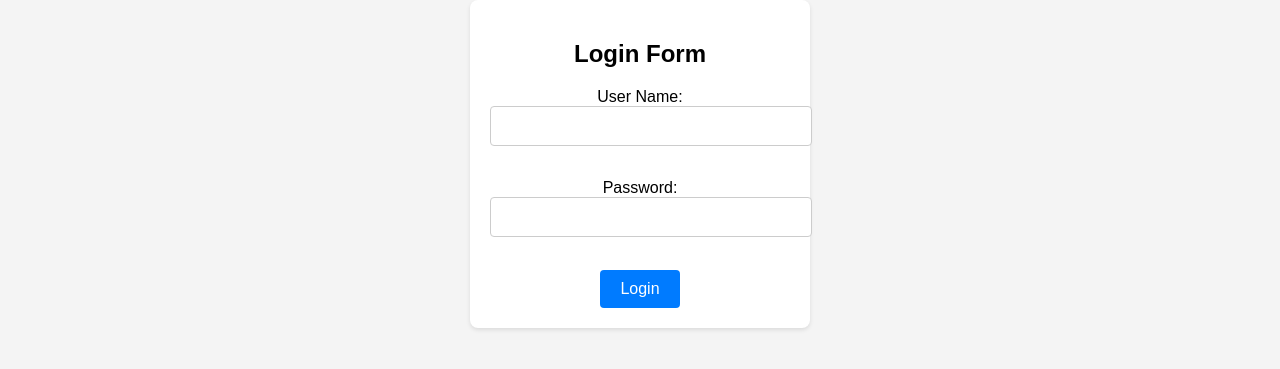
Repository: digambardeshmukh12/All-Study-Material
Page: eclipse-workspace/jspRetry/src/main/webapp/Login.html
These files come from the project's save history. The page is drawn as it stood at one moment and after the next save; the edit follows.
The browser window is 1280 px wide. The pictures show the whole page.

Above is the page before, as saved 2023-08-25 03:56:25.

After the next save:
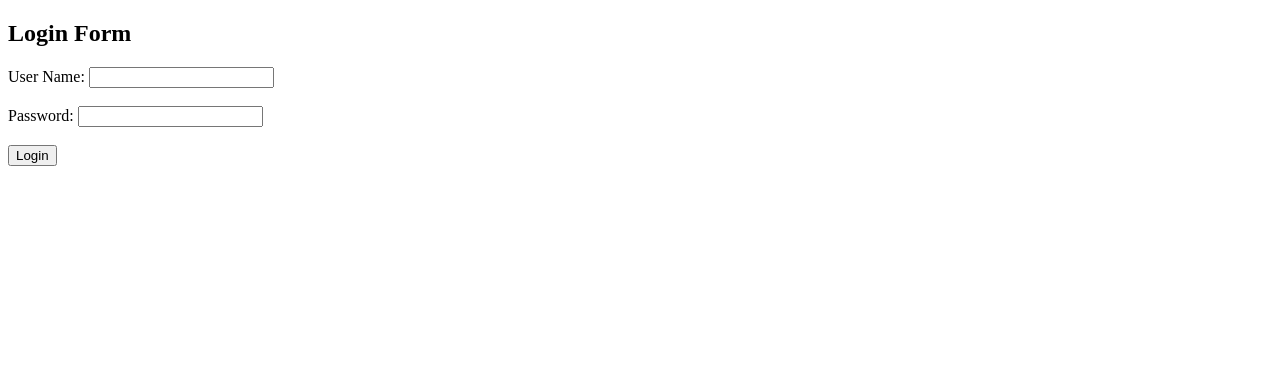
Saved 20 s later.
--- a/eclipse-workspace/jspRetry/src/main/webapp/Login.html
+++ b/eclipse-workspace/jspRetry/src/main/webapp/Login.html
@@ -1,48 +1,5 @@
 <!DOCTYPE html>
 <html>
-
-<style>
-  body {
-    font-family: Arial, sans-serif;
-    background-color: #f4f4f4;
-    text-align: center;
-    margin: 0;
-    padding: 0;
-  }
-
-  form {
-    background-color: #ffffff;
-    border-radius: 8px;
-    width: 300px;
-    margin: 0 auto;
-    padding: 20px;
-    box-shadow: 0px 2px 4px rgba(0, 0, 0, 0.1);
-  }
-
-  input[type="text"], input[type="password"] {
-    width: 100%;
-    padding: 10px;
-    margin-bottom: 15px;
-    border: 1px solid #ccc;
-    border-radius: 4px;
-    font-size: 16px;
-  }
-
-  input[type="submit"] {
-    background-color: #007bff;
-    color: #fff;
-    padding: 10px 20px;
-    border: none;
-    border-radius: 4px;
-    font-size: 16px;
-    cursor: pointer;
-  }
-
-  input[type="submit"]:hover {
-    background-color: #0056b3;
-  }
-</style>
-
 <body>
 <form action="first.jsp" method="post">
   <h2>Login Form</h2>
